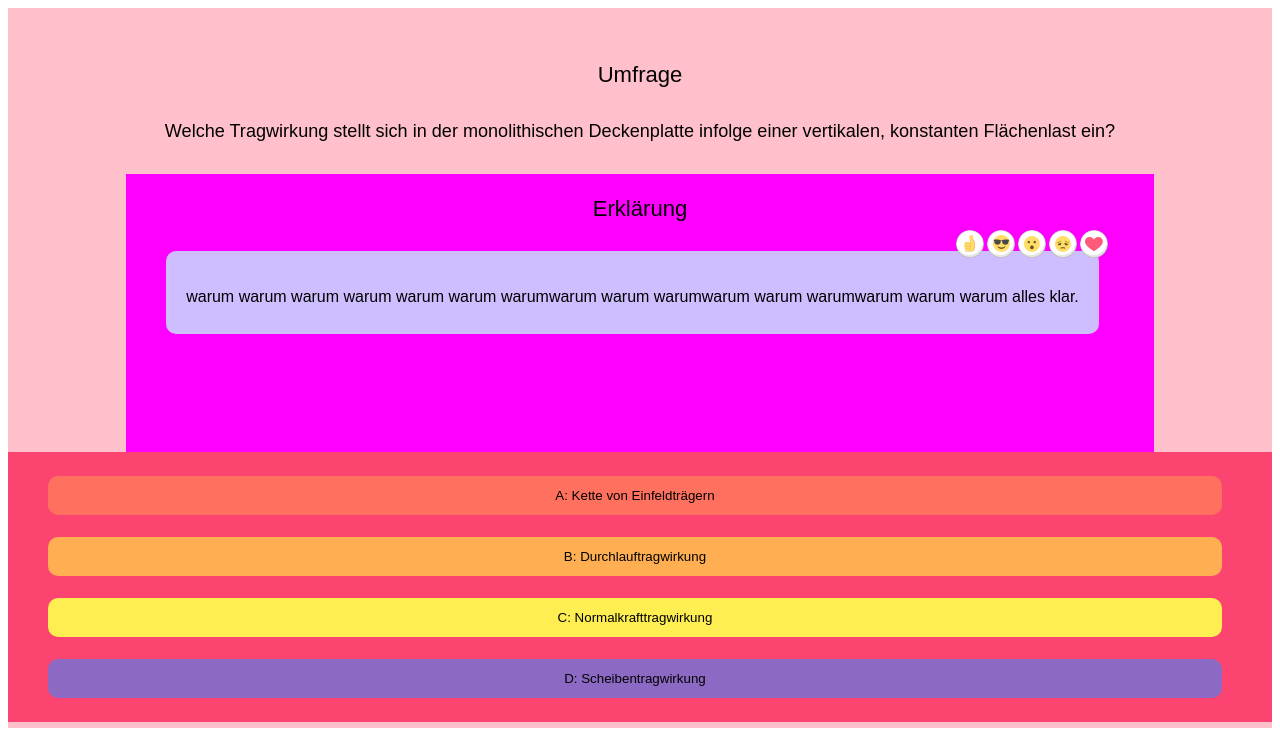
Repository: HyunraDate/Quinlan
Page: /Erklaerung
An editor plug-in stored every save of this project. The page is shown before and after the next save, followed by the edit.
The browser window is 1280 px wide. The pictures show the whole page.
The project was rebuilt for these pictures with package versions that can differ from the ones it lists, and the page was loaded fresh each time. Also part of the build but not shown: vite.config.js, src/views/Ergebnis1.vue, src/views/Ergebnis2.vue.

Above is the page before, as saved 2023-07-25 15:17:02.

### index.html
<!DOCTYPE html>
<html lang="en">
  <head>
    <meta charset="UTF-8" />
    <link rel="icon" type="image/svg+xml" href="/vite.svg" />
    <meta name="viewport" content="width=device-width, initial-scale=1.0" />
    <title>Vite + Vue</title>
  </head>
  <body>
    <div id="app"></div>
    <script type="module" src="/src/main.js"></script>
    <script
    src="https://cdnjs.cloudflare.com/ajax/libs/echarts/5.4.1/echarts.min.js"
    integrity="sha512-OTbGFYPLe3jhy4bUwbB8nls0TFgz10kn0TLkmyA+l3FyivDs31zsXCjOis7YGDtE2Jsy0+fzW+3/OVoPVujPmQ=="
    crossorigin="anonymous"
    referrerpolicy="no-referrer">
    </script>

  </body>
</html>

### src/main.js
import { createApp } from 'vue'
// import './style.css'
import './utils/rem'
import App from './views/FragePage.vue'
import router from './router'
import * as echarts from 'echarts/core'

const app=createApp(App)//用const = 去挂载
app.use(router) //要先use哦
app.provide("ec", echarts);

// app.config.globalProperties.$axios = axios.create({
//     baseURL: 'http://localhost:8000', // 设置axios的基本URL
//     headers: {
//     // 设置axios请求的头部信息
//     }
// });

//createApp(app).mount('#app')
app.mount('#app')

### src/utils/rem.js
//rem等比适配配置文件
// 基准大小
const baseSize = 16
// 设置 rem 函数
function setRem () {
        // 当前页面宽度相对于 1920宽的缩放比例，可根据自己需要修改。
    const scale = document.documentElement.clientWidth / 1920
    // 设置页面根节点字体大小（“Math.min(scale, 2)” 指最高放大比例为2，可根据实际业务需求调整）
    document.documentElement.style.fontSize = baseSize * Math.min(scale, 2) + 'px'
    // 初始化
    setRem()
    // 改变窗口大小时重新设置
    rem.window.onresize = function () { setRem() }
}

### src/views/FragePage.vue
<!-- <template>
    <div>
    <div class="flex-col page">
        <div class="flex-col items-center">
          span class="font_1">Umfrage</span>
      <br/>

      <body onload="run()">
        wird in <span id="spanId" style="color:#FE9637">60</span>Sekunden springen!
      </body>
    </div>
</template> -->
<script>
// import { useStore } from '@store/index'
// //先引入useRouter
// import { useRouter } from 'vue-router'

// export default {
//   const store = useStore()
//   const router = useRouter()
//   //通过定义一个方法，使用Router进行跳转
//   const test =()=>
//   router.push()
// }

// import { useRouter , useRoute } from 'vue-router'

// setup(){
//     const $router=useRouter()
//     const $route=useRoute()

//     // 对象 $router.push()可以向history对象添加新记录
//     $router.push({ path: 'Ergebnis1' })
// }


// return {
//   store,
//   //这里暴露test方法
//   test
// }
// 页面一加载完成，该方法就会执行
// 读秒，一秒钟数字改变一次

// export default { 唔可以系setup度用
//   methods: {
//     scrollTo(target) {
//       const element = this.$refs[target];
//       element.scrollIntoView({ behavior: 'smooth' });
//     }
//   }
// }

var x = 60;
var select = "Step3.html";

function run(){
  // 获取到的是span标签的对象
  var span = document.getElementById("spanId");
  // 获取span标签中间的文本
  span.innerHTML = x;
  x--;
  // 再让run方法执行呢，一秒钟执行一次
  if(x < 0)window.location = select;
  else window.setTimeout("run()", 1000);

};

function test(click){
  select = click;
}

export default {
  data() {
    return {
      isDisabled: false,
      showButton: true,
    };
  },
  //Falls du die Btns nicht zeigen möchtest
  // beforeRouteEnter(to, from, next) {
  //   next(vm => {
  //     vm.showButton = false
  //   })
  // },
  // mounted() {
  //   // 在页面加载时显示按钮
  //   this.showButton = true;
  // },
  // beforeDestroy() {
  //   // 在页面销毁之前隐藏按钮
  //   this.showButton = false;
  // },

  methods:{
    option1:function(){
      console.log(this.$router);
      // this.$router.plus('/') 这里跳转不了欸
      //this.$router.push({path:"/"}) //传入对象 但也跳转不了欸 push!唔系plus啊死蠢！
      //this.showButton = false;

      //带参数
      this.$router.push({path:'/Ergebnis1'}) //成功跳转了！！okok!!
      //this.$router.push({name:"almond",params:{id:Chocolat}}) //传参 这里传不到欸 // 试一下传right
      },

      option2:function(){
        console.log(this.$router);
        //this.showButton = false; //hier zeigt die Button nicht mehr, wie du möchtest

        //带参数
        this.$router.push({path:'/Ergebnis2'}) //成功跳转了！！okok!!
        //如果要动态传参

        //this.$router.push({name:"Ergebnis2",params:{id:A}}) //传参 这里传不到欸 // 试一下传worong
      },

      onClick() {
        // 在点击事件监听器中禁用按钮
        this.isDisabled = true;
        // 在每个按钮上使用 v-bind:disabled 指令，将其值绑定为 isDisabled，
        //当 isDisabled 为 true 时，按钮将被禁用。
        console.log("Button clicked")
      },
  },


}
</script>

<template>
<body >
<div>
  <!-- <div class="flex-col page"> </div>  太占位啦！-->
    <div class="flex flex-col items-center">
    <br/><br/><br/>
    <span class="font_1">Umfrage</span>
    <!--style="{
      margin: 0;
      font-size: 1.38rem;
      font-family: Inter;
      line-height: 1.63rem;
      color: #000000;
      font-family: 'Work Sans', sans-serif;
      text-align: center;
      }"-->
    <!-- <br/><br/> -->
    <span class="text">
    Welche Tragwirkung stellt sich in der monolithischen Deckenplatte infolge einer vertikalen, konstanten
    Flächenlast ein?
    </span>
  <router-view/>

<!-- onload="run()" 这里加载不了 这个onload function欸-->
<!-- wird in <span id="spanId" style="color:#FE9637">60</span>Sekunden springen! -->
</div>



<!-- 要页面跳转了
1、 router-link: <router-link to='/testDemo'>
                <button>点击跳转2</button>
                </router-link>

2、 this.$router.push('/a')
3、 get params ->  console.log(this.$route.params.a); -->
<div class="flex-col group space-y-22">

  <!-- <router-link to="Ergebnis2"><button class="flex-col justify-start items-center text-wrapper " type="submit">A: Kette von Einfeldträgern</button></router-link> -->
  <!-- <button class="flex-col justify-start items-center text-wrapper " type="submit" a href="Step3.html">A: Kette von Einfeldträgern</button> -->


  <!-- <router-link to="Ergebnis1"><button class="flex-col justify-start items-center text-wrapper_2 " type="submit">B: Durchlauftragwirkung</button></router-link> -->

  <!-- <router-link to="Ergebnis2"><button class="flex-col justify-start items-center text-wrapper_3" type="button">C: Normalkrafttragwirkung</button>
  </router-link> -->
<button v-on:click="onClick" :disabled="isDisabled" v-if="showButton" id ="A" class="flex-col justify-start items-center text-wrapper " type="submit" @click="option2">A: Kette von Einfeldträgern</button>

<button v-on:click="onClick" :disabled="isDisabled" v-if="showButton" id ="B" class="flex-col justify-start items-center text-wrapper_2" type="button" @click="option1">B: Durchlauftragwirkung</button>

<button v-on:click="onClick" :disabled="isDisabled" v-if="showButton" id ="C" class="flex-col justify-start items-center text-wrapper_3" type="button" @click="option2">C: Normalkrafttragwirkung</button>

<button v-on:click="onClick" :disabled="isDisabled" v-if="showButton" id ="D" class="flex-col justify-start items-center text-wrapper_4" type="button" @click="option2">D: Scheibentragwirkung</button>
</div>
</div>

</body>
</template>

<style scoped>
@import url("../css/halloween.css"); /*src = . */
/* .font_1{ /* didnt work
  position: center;
  } */

/*
使用深度选择器来写使样式生效。
有两种写法：

.a >>> .b {}
.a /deep/ .b
当你子组件使用了 scoped 但在父组件又想修改子组件的样式可以 通过 >>> 来实现：

<style scoped>
.a >>> .b { /* ...


将会编译成
.a[data-v-f3f3eg9] .b {
  /* ... */

</style>

### src/router/index.js
import {
    createRouter,
    createWebHashHistory,
    createWebHistory
  } from 'vue-router'

  // 1. 定义路由组件.
  // 也可以从其他文件导入

  // import Home from '../views/Home.vue'
  // import App from './App.vue' 原App好像不需要引入？
  import FragePage from '../views/FragePage.vue'
  import Ergebnis1 from '../views/Ergebnis1.vue' //1=true
  import Ergebnis2 from '../views/Ergebnis2.vue' //2=falsh
  import Erklaerung  from '../views/Erklaerung.vue'

  //import Step3 from '../views/Step3.html'


  //路由懒加载，用到时再加载（咪时好大，load又耐）
  // const About=()=>import('../views/About.vue') //然后Home放在下面path component后面就行啦
  //我加载不到惹

  // 2. 定义一些路由
  // 每个路由都需要映射到一个组件。
  // 我们后面再讨论嵌套路由。(hier写路由表)
  const routes = [

    /*{
      path:"/.id",
      redirect:(to)=>{
        console.log(to);
        return{path:"/.home"}
      } //都跳转不了欸 No match found for location with path "/home"
    },
    */

    /*{
      path: '/about',
      redirect: (to)=> {
        return {
          path: '/'
        }
      }
    },*/

    // { //这个Home的Hey已经能加载出来了欸
    //   path: '/',
    //   name:"home",
    //   component: Home
    // },

    {
        path: '/FragePage',
        component: FragePage
    },



  //   { path: '/about',
  //   component: About },

  //   { path: '/OptionA/:id', //路径参数 用冒号 : 表示。当一个路由被匹配时，它的 params 的值将在每个组件中以 this.$route.params 的形式暴露出来。
  //   component: OptionA },

    {
      path: "/Ergebnis1", //Ergebnis也成功挂载到了！
      component: Ergebnis1
    },
    {
      path: "/Ergebnis2", //Ergebnis也成功挂载到了！
      component: Ergebnis2
    },


    //Set动态路由 因为选项ABCD

    //     path: "/Sweet/:id*", //this is 动态参数啦 d.h 动态路由啦， i dont care what id u r ~
    //     //参数可有可无，但参数不能重复叠加
    //     //path:"/sweet/id?",
    //     component: Sweet
    //   },
    // {
    //   path: "/Step3", //这里要双引号哦
    //   component: Step3
    // },

    {
      path: "/Erklaerung", //这里要双引号哦
      component: Erklaerung
    },

    //   {
    //     path: "/Piggie",
    //     alias: ['/Airi','/Kazeo'], //你嘅nickname, two or more就用数组, 直接系导航栏输入path就得啦
    //     component: Piggie //为什么Piggie的子页面跳转不出来？而是home ->重新打Piggie的内容刷新就得啦！
    //   },

    //   {
    //     name: "almond", //路由名就叫sweet
    //     path: "/Sweet/:id*", //this is 动态参数啦 d.h 动态路由啦， i dont care what id u r ~
    //     //参数可有可无，但参数不能重复叠加
    //     //path:"/sweet/id?",
    //     component: Sweet
    //   },

    //   {
    //     //动态路由 参数一定是数字
    //     path: "/alcohol/:id",
    //     component: Alcohol,
    //     props:true
    //   },
  ]

  // 3. 创建路由实例并传递 `routes` 配置
  // 你可以在这里输入更多的配置，但我们在这里
  // 暂时保持简单
  const router = createRouter({
    // 4. 内部提供了 history 模式的实现。为了简单起见，我们在这里使用 hash 模式。 (Hash有#)
    //**hash不会向服务器发送请求！ */
    //history: createWebHashHistory(),

    //为了漂亮就用History模式，这样路径里就没有#号啦
    history: createWebHistory(),
    routes, // `routes: routes` 的缩写
  })

  //This is 全局守卫 （全球守卫）
  router.beforeEach((to, form, next) => {
    console.log(to);
    console.log(form);
    next()//like通行证
  })


  export default router

### src/css/halloween.css
/* 语法 @media mediaType and|not|only (media feature) {
  /*CSS-Code;*/
  /* 3、css中的vh和vm
  vh和vm是相对视口区域的宽高，即浏览器可视区域

  vw：1vw等于视口宽度的1%。
  vh：1vh等于视口高度的1%。

  使用场景：页面头部和尾部固定，中间内容若高度超出，则出现滚动条，但是整个页面不出现滚动条，
  在此情况下就要计算中间内容的高度，可以使用vh解决 */

  /* :root { why didnt work??
  font-family: 'Work Sans', sans-serif;
  line-height: 1.5;
  font-weight: 400;

  color-scheme: light dark;
  color: rgba(255, 255, 255, 0.87);
  background-color: #242424;

  font-synthesis: none;
  text-rendering: optimizeLegibility;
  -webkit-font-smoothing: antialiased;
  -moz-osx-font-smoothing: grayscale;
  -webkit-text-size-adjust: 100%;
  } */

  /* // 最大宽度为1280 （width-max: 1280）*/
@media (width: 100vw) {
  html {
    font-size: 1.88rem;
    font-weight: 500;
    font-family: 'Work Sans', sans-serif;
  }

  body {
    background: pink;
    height:100vh;
    margin: 0;
    -webkit-font-smoothing: antialiased;
    -moz-osx-font-smoothing: grayscale;

  }

  body * {
    box-sizing: border-box;
    flex-shrink: 0;
  }

  button {
    border-width: 0px;
    border-radius: 0.63rem;
  }
  button:hover{
    border:2px solid #FE9637;
    box-shadow:rgba(251, 161, 72, 0.66) 0 0 5px;
    transition:all .2s;
  }
  .flex-row {
    display: flex;
    flex-direction: row;
  }

  .flex-col {
    display: flex;
    flex-direction: column;
  }

  .justify-start {
    justify-content: flex-start;
  }

  .justify-end {
    justify-content: flex-end;
  }

  .justify-center {
    justify-content: center;
  }

  .justify-between {
    justify-content: space-between;
  }

  .justify-around {
    justify-content: space-around;
  }

  .justify-evenly {
    justify-content: space-evenly;
  }

  .items-start {
    align-items: flex-start;
  }

  .items-end {
    align-items: flex-end;
  }

  .items-center {
    align-items: center;
  }

  .items-baseline {
    align-items: baseline;
  }

  .items-stretch {
    align-items: stretch;
  }

  .self-start {
    align-self: flex-start;
  }

  .self-end {
    align-self: flex-end;
  }

  .self-center {
    align-self: center;
  }

  .self-baseline {
    align-self: baseline;
  }

  .self-stretch {
    align-self: stretch;
  }

  .flex-1 {
    flex: 1 1 0%;
  }

  .flex-auto {
    flex: 1 1 auto;
  }

  .grow {
    flex-grow: 1;
  }

  .grow-0 {
    flex-grow: 0;
  }

  .shrink {
    flex-shrink: 1;
  }

  .shrink-0 {
    flex-shrink: 0;
  }

  .relative {
    position: relative;
  }

  .font_1 {
    font-size: 1.38rem;
    font-family: Inter;
    line-height: 1.63rem;
    color: #000000;
    font-family: 'Work Sans', sans-serif;
    text-align: center;
  }

  .text {
    margin: 2rem;
    color: #000000;
    font-size: 1.13rem;
    font-family: Inter;
    line-height: 1.38rem;
    text-align: center;
    font-family: 'Work Sans', sans-serif;
  }
  /* .group {
    margin-top: 2rem;
    padding: 0 1.88rem;
  } */
  /* .space-y-22 > *:not(:first-child) {
    margin-top: 1.38rem;
  } */
  .text-wrapper {
    margin-right: 0.63rem;
    padding: 0.75rem 0;
    background-color: #FF715E;
  }
  .font_2 {
    font-size: 1rem;
    font-family: Inter;
    line-height: 0.97rem;
    color: #000000;
    font-family: 'Work Sans', sans-serif;
  }
  .text-wrapper_2 {
    margin-right: 0.63rem;
    padding: 0.75rem 0;
    background-color: #ffaf51;
    outline: none;
  }
  .text-wrapper_3 {
    margin-right: 0.63rem;
    padding: 0.75rem 0;
    background-color: #FFEE51;
  }
  .text-wrapper_4 {
    margin-right: 0.63rem;
    padding: 0.75rem 0;
    background-color: #8C6AC4;
  }
}
.group {
  padding-top: 1.5rem ;
  padding-bottom: 1.5rem ;
  padding-left: 2.5rem;
  padding-right: 2.5rem;
  background-color: #FB4570;
}

/* inportant! space between every Options! */
.space-y-22 > *:not(:first-child) {
  margin-top: 1.38rem;
}

### src/views/Erklaerung.vue
<template>
    <html lang="en">
  <!-- <head>
    <meta charset="UTF-8" />
    <meta http-equiv="X-UA-Compatible" content="IE=edge" />
    <meta name="viewport" content="width=device-width, initial-scale=1.0" />
    <title>codefun</title>
    <link rel="stylesheet" href="./Step4.css" />
    <script type="text/javascript" src="./Step4.js"></script>
  </head> -->
  <body>
    <div class="flex-col page space-y-10">
      <span class="self-center text">Erklärung</span>
      <div class="flex-col justify-start relative group">
        <div class="flex-col justify-start items-start text-wrapper">
          <span class="text_2">
            warum warum warum warum warum warum warumwarum warum warumwarum warum warumwarum warum warum alles klar.
          </span>
        </div>
        <img
          class="image pos_3"
          src="../images/surprise.png"
        />
        <img
          class="image pos_2"
          src="../images/cool.png"
        />
        <img
          class="image pos"
          src="../images/like.png"
        />
        <img
          class="image pos_5"
          src="../images/heart.png"
        />
        <img
          class="image pos_4"
          src="../images/sad.png"
        />
      </div>
      <!--<img
        class="self-end image_2"
        src="https://codefun-proj-user-res-1256085488.cos.ap-guangzhou.myqcloud.com/63986c125a7e3f0310fdabbc/63986c59717ee30011312a06/16709407860648366536.png"
      /> -->
    </div>
  </body>
</html>
</template>

<style scoped>
@import url("../css/Step4.css");
</style>

### src/css/Step4.css
html {
    font-size: 16px;
  }

  body {
    margin: 0;
    font-family: 'Work Sans', sans-serif;
    -webkit-font-smoothing: antialiased;
    -moz-osx-font-smoothing: grayscale;
    width: 100vw;
    height: 100vh;
  }

  body * {
    box-sizing: border-box;
    flex-shrink: 0;
  }

  /* .flex-row {
    display: flex;
    flex-direction: row;
  } */

  .flex-col {
    display: flex;
    flex-direction: column;
  }

  .justify-start {
    justify-content: flex-start;
  }

  .justify-end {
    justify-content: flex-end;
  }

  .justify-center {
    justify-content: center;
  }

  .justify-between {
    justify-content: space-between;
  }

  .justify-around {
    justify-content: space-around;
  }

  .justify-evenly {
    justify-content: space-evenly;
  }

  .items-start {
    align-items: flex-start;
  }

  .items-end {
    align-items: flex-end;
  }

  .items-center {
    align-items: center;
  }

  .items-baseline {
    align-items: baseline;
  }

  .items-stretch {
    align-items: stretch;
  }

  .self-start {
    align-self: flex-start;
  }

  .self-end {
    align-self: flex-end;
  }

  .self-center {
    align-self: center;
  }

  .self-baseline {
    align-self: baseline;
  }

  .self-stretch {
    align-self: stretch;
  }

  .flex-1 {
    flex: 1 1 0%;
  }

  .flex-auto {
    flex: 1 1 auto;
  }

  .grow {
    flex-grow: 1;
  }

  .grow-0 {
    flex-grow: 0;
  }

  .shrink {
    flex-shrink: 1;
  }

  .shrink-0 {
    flex-shrink: 0;
  }

  .relative {
    position: relative;
  }

  .page {
    padding-top: 1.5rem ;
    padding-bottom: 4rem ;
    padding-left: 2.5rem;
    padding-right: 2.5rem;
    background-color: #ff00ff;
  }
  .space-y-10 > *:not(:first-child) {
    margin-top: 0.63rem;
  }
  .text {
    color: #000000;
    font-size: 1.38rem;
    font-family: Inter;
    line-height: 1.34rem;
    font-family: 'Work Sans', sans-serif;
  }
  .group {
    padding-top: 1.31rem;
    height: 9.88rem;
  }
  .text-wrapper {
    margin-right: 0.94rem;
    padding: 2.25rem 0 1.75rem;
    background-color: #cfbeff;
    border-radius: 0.63rem;
  }
  .text_2 {
    margin: 0 1.25rem;
    color: #000000;
    font-size: 1rem;
    font-family: Inter;
    line-height: 1.19rem;
    font-family: 'Work Sans', sans-serif;
  }
  .image {
    width: 1.75rem;
    height: 1.75rem;
  }
  .pos_3 {
    position: absolute;
    right: 4.25rem;
    top: 0;
    border-radius: 50%;
    border:none;
    }

  .pos_3:hover{
    border:2px solid #FE9637;
    box-shadow:rgba(251, 161, 72, 0.66) 0 0 5px;
    transition:all .2s;
    }

  .pos_2 {
    position: absolute;
    right: 6.19rem;
    top: 0;
    border-radius: 50%;
    border:none;
    }

  .pos_2:hover{
    border:2px solid #FE9637;
    box-shadow:rgba(251, 161, 72, 0.66) 0 0 5px;
    transition:all .2s;
    }

  .pos {
    position: absolute;
    right: 8.13rem;
    top: 0;
    border-radius: 50%;
    border:none;
    }

  .pos:hover{
    border:2px solid #FE9637;
    box-shadow:rgba(251, 161, 72, 0.66) 0 0 5px;
    transition:all .2s;
    }

  .pos_5 {
    position: absolute;
    right: 0.38rem;
    top: 0;
    border-radius: 50%;
    border:none;
    }

  .pos_5:hover{
    border:2px solid #FE9637;
    box-shadow:rgba(251, 161, 72, 0.66) 0 0 5px;
    transition:all .2s;
    }

  .pos_4 {
    position: absolute;
    right: 2.31rem;
    top: 0;
    border-radius: 50%;
    border:none;
    }

  .pos_4:hover{
    border:2px solid #FE9637;
    box-shadow:rgba(251, 161, 72, 0.66) 0 0 5px;
    transition:all .2s;
    }

  .image_2 {
    width: 6.31rem;
    height: 2.19rem;
    margin-top: 0.63rem;
  }

After the next save:
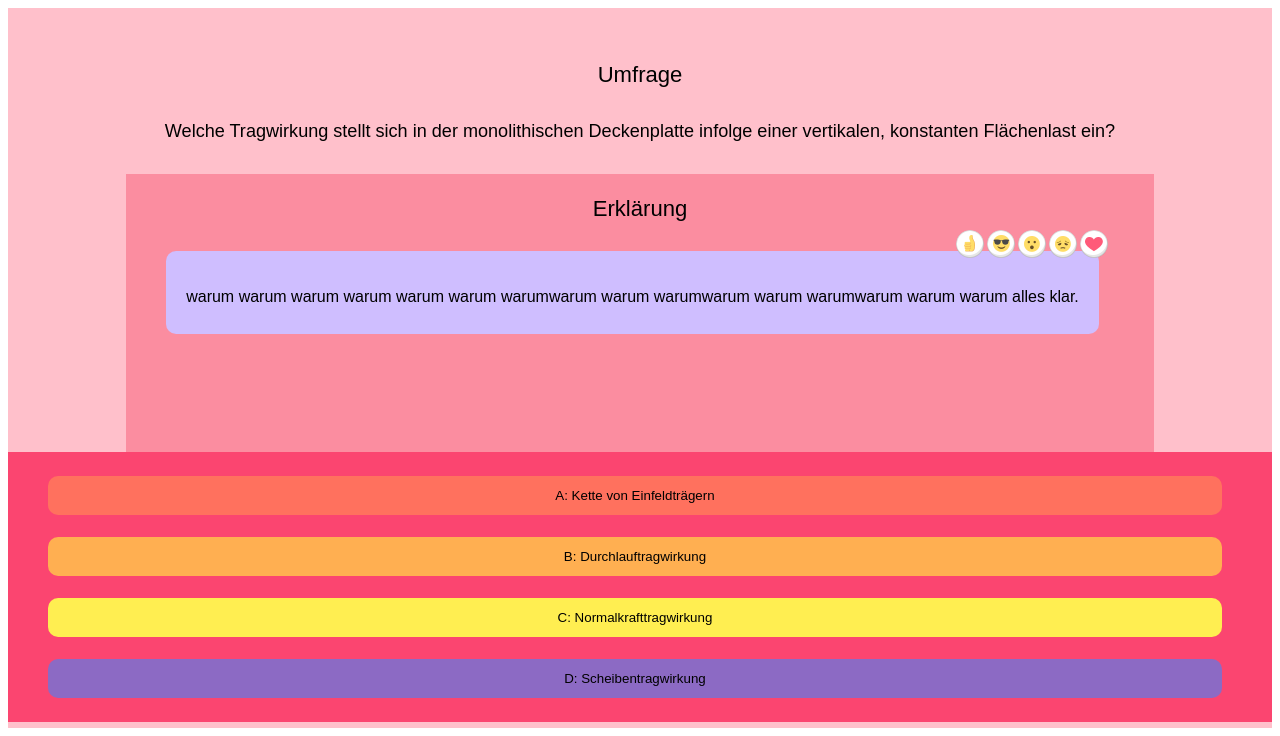
Saved 18 s later.
--- a/src/css/Step4.css
+++ b/src/css/Step4.css
@@ -123,7 +123,7 @@ html {
     padding-bottom: 4rem ;
     padding-left: 2.5rem;
     padding-right: 2.5rem;
-    background-color: #ff00ff;
+    background-color: #FB8DA0;
   }
   .space-y-10 > *:not(:first-child) {
     margin-top: 0.63rem;
